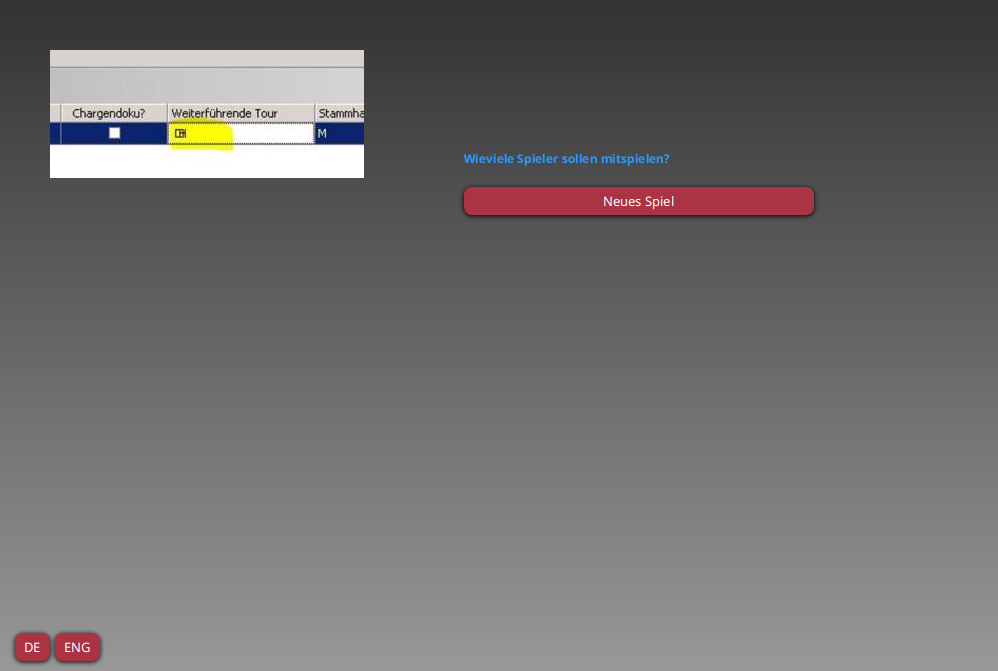
Repository: berger-designz/MenschAergereDichNicht
Program's window: java MenschAergereDichNicht/src/Game_GUI/GUI_Primary.java
These files come from the project's save history. The program's window is drawn as it stood at one moment and after the next save; the edit follows.
It runs on Java 21 on a 1366 x 768 screen with JavaFX 11; the title bar is not drawn. It also reads MenschAergereDichNicht/src/style/test_pic_1.jpg.

Above is the program's window before, as saved 2016-05-25 13:29:22.

After the next save:
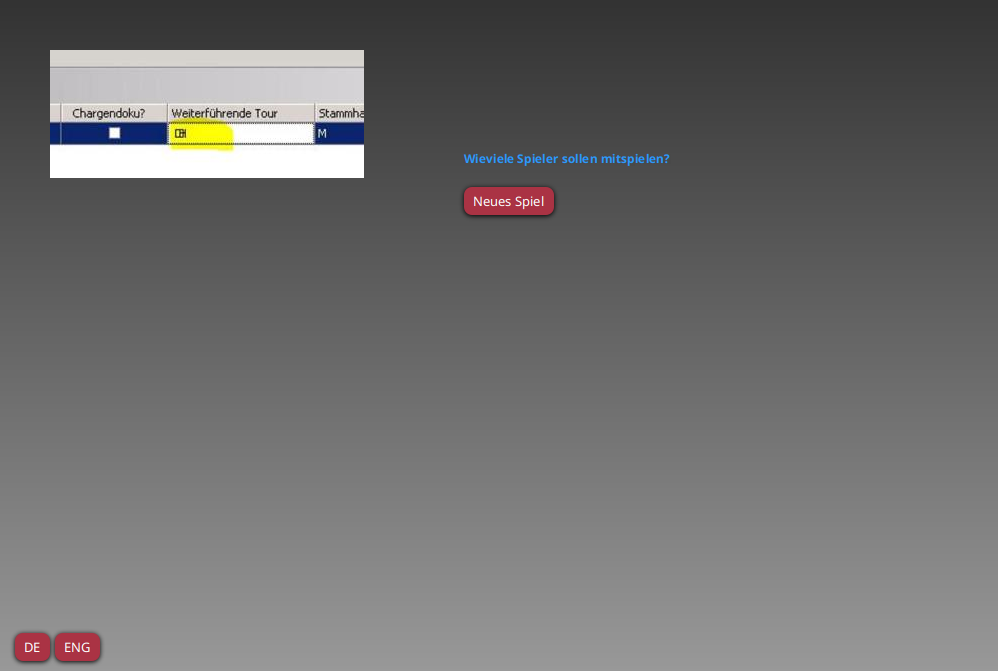
Saved 3 min 19 s later.
--- a/MenschAergereDichNicht/src/Game_GUI/GUI_Primary.java
+++ b/MenschAergereDichNicht/src/Game_GUI/GUI_Primary.java
@@ -32,6 +32,7 @@
 	private static Label top_label;
 	private static Label bottom_label;
 	private static Button gameStart_Button;
+	private static Button test_button;
 	private static Button lang_de_Button;
 	private static Button lang_en_Button;
 	private static ToolBar main_toolbar;
@@ -69,9 +70,10 @@
 
 
 		gameStart_Button = new Button("Neues Spiel");
-		gameStart_Button.setMaxWidth(Double.MAX_VALUE);
-		gameStart_Button.setMaxSize(350, 0);
-		gameStart_Button.setMaxHeight(Double.MAX_VALUE);
+		//gameStart_Button.setMaxWidth(Double.MAX_VALUE);
+		//gameStart_Button.setMaxSize(350, 0);
+		//gameStart_Button.setMaxHeight(Double.MAX_VALUE);
+		test_button = new Button("Test");
 
 		lang_de_Button = new Button("DE");
 		lang_de_Button.setMaxSize(50, 0);

After the 2 saves that followed:
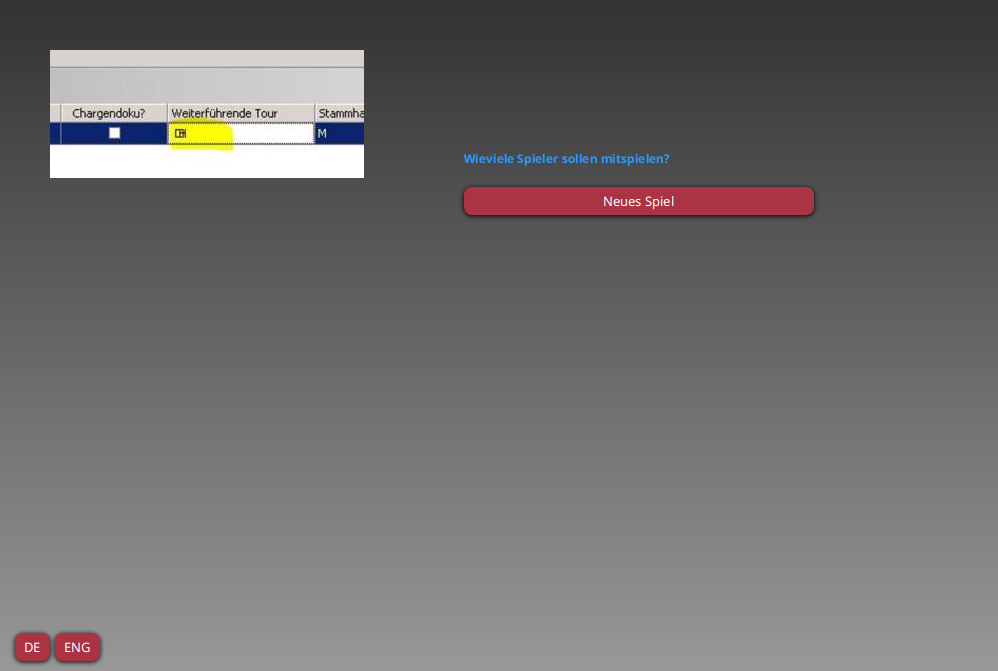
The 2 saves are shown as one change because 1 left the picture as it was.
The last was saved 33 s later.
--- a/MenschAergereDichNicht/src/Game_GUI/GUI_Primary.java
+++ b/MenschAergereDichNicht/src/Game_GUI/GUI_Primary.java
@@ -71,7 +71,7 @@
 
 		gameStart_Button = new Button("Neues Spiel");
 		//gameStart_Button.setMaxWidth(Double.MAX_VALUE);
-		//gameStart_Button.setMaxSize(350, 0);
+		gameStart_Button.setMaxSize(350, 0);
 		//gameStart_Button.setMaxHeight(Double.MAX_VALUE);
 		test_button = new Button("Test");
 
